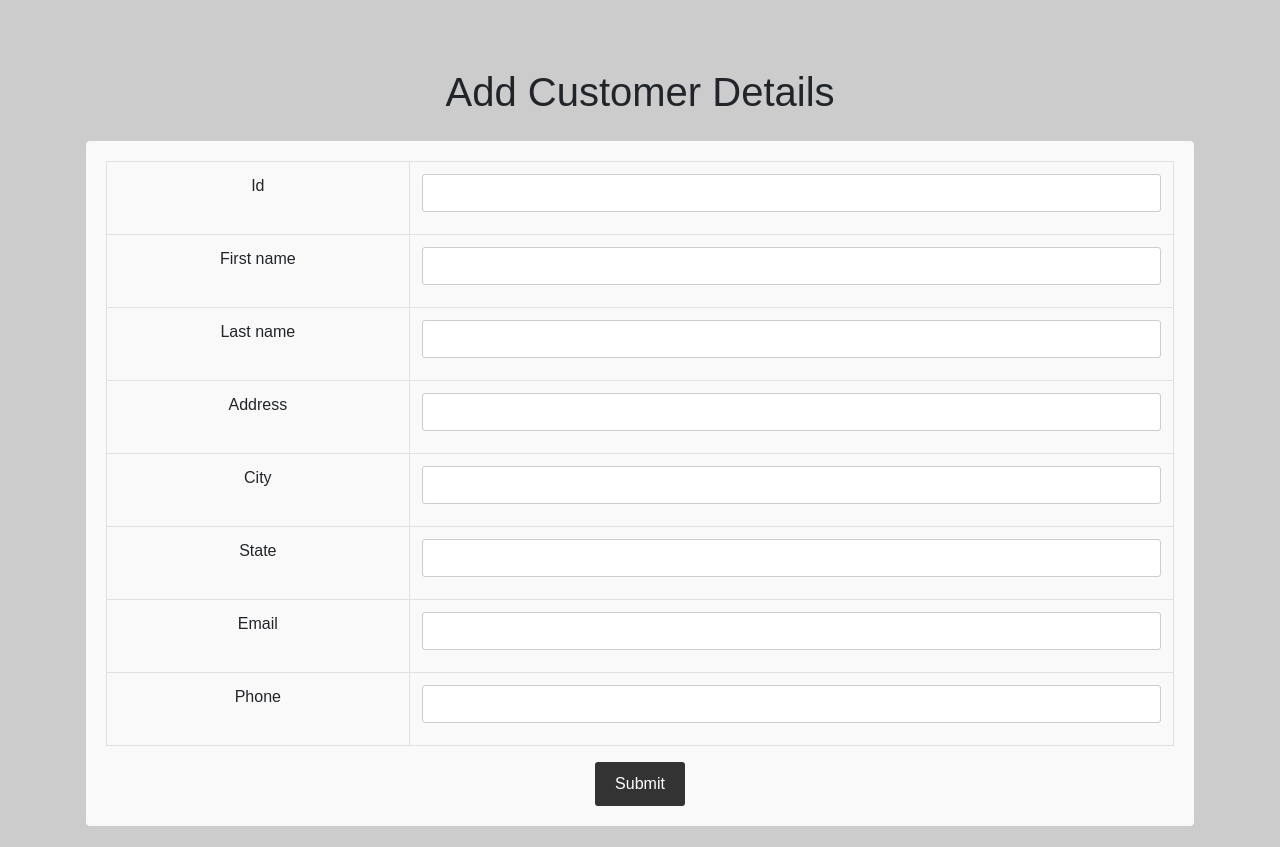
Repository: Shamanth-S/Customer-management
Page: User Management/src/main/webapp/add.html
An editor plug-in stored every save of this project. The page is shown before and after the next save, followed by the edit.
The browser window is 1280 px wide. The pictures show the whole page.

Above is the page before, as saved 2023-09-07 09:29:09.

### User Management/src/main/webapp/add.html
<!DOCTYPE html>
<html>
<head>
<meta charset="UTF-8">
<title>Add Customer</title>
<link rel="stylesheet" href="https://maxcdn.bootstrapcdn.com/bootstrap/4.5.2/css/bootstrap.min.css">
<link rel="stylesheet" type="text/css" href="style.css">
</head>
<body class="color">
    <div class="container mt-5 mx-auto">
        <h1 class="text-center mb-4">Add Customer Details</h1>
        <form method="POST" action="Customer" class="text-center">
            <table class="table table-bordered mx-auto">
                <tr>
                    <td>Id</td>
                    <td><input type="text" class="form-control" name="id" id="id" required></td>
                </tr>

                <tr>
                    <td>First name</td>
                    <td><input type="text" class="form-control" name="firstname" id="firstname" required></td>
                </tr>

                <tr>
                    <td>Last name</td>
                    <td><input type="text" class="form-control" name="lastname" id="lastname" required></td>
                </tr>

                <tr>
                    <td>Address</td>
                    <td><input type="text" class="form-control" name="address" id="address"></td>
                </tr>

                <tr>
                    <td>City</td>
                    <td><input type="text" class="form-control" name="city" id="city"></td>
                </tr>

                <tr>
                    <td>State</td>
                    <td><input type="text" class="form-control" name="state" id="state"></td>
                </tr>

                <tr>
                    <td>Email</td>
                    <td><input type="text" class="form-control" name="email" id="email"></td>
                </tr>

                <tr>
                    <td>Phone</td>
                    <td><input type="text" class="form-control" name="phone" id="phone"></td>
                </tr>
            </table>
            <div class="text-center">
                <input type="submit" class="btn btn-primary" value="Submit">
            </div>
        </form>
    </div>
</body>
</html>

### User Management/src/main/webapp/style.css
@charset "ISO-8859-1";

body {
    font-family: Arial, sans-serif;
    align-items: center;
    margin: 0;
    padding: 20px;
    background-color: #ccc;
}

h2 {
    color: #333;
}

form {
    border: 1px solid #ccc;
    padding: 20px;
    border-radius: 5px;
    background-color: #f9f9f9;
}

input[type="text"],
input[type="password"],
input[type="date"] {
    width: 100%;
    padding: 10px;
    margin-bottom: 10px;
    border: 1px solid #ccc;
    border-radius: 3px;
}

input[type="submit"] {
    background-color: #333;
    color: white;
    padding: 10px 20px;
    border: none;
    border-radius: 3px;
    cursor: pointer;
}

.card-header {
    background-color: #000000;
}

.heading {
    color: white;
}

.color {
	background-color: #ccc;
}

After the next save:
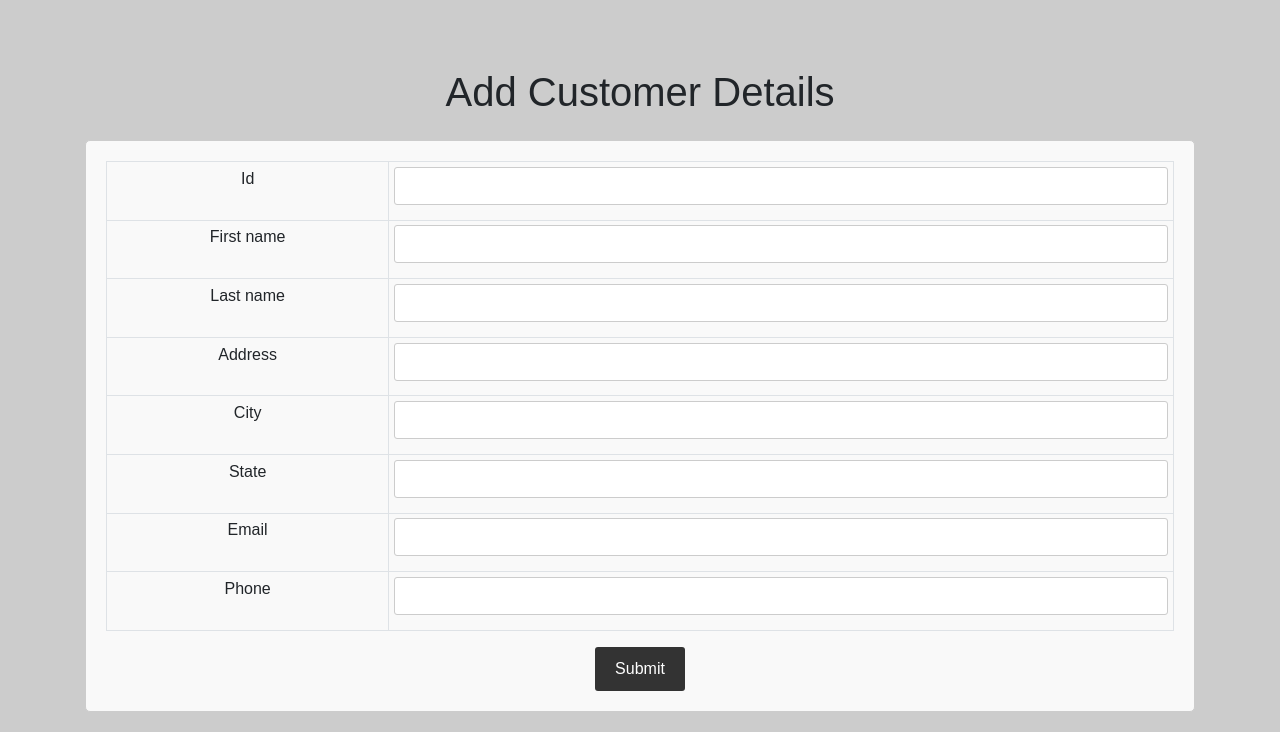
Saved 67 s later.
--- a/User Management/src/main/webapp/add.html
+++ b/User Management/src/main/webapp/add.html
@@ -10,7 +10,7 @@
     <div class="container mt-5 mx-auto">
         <h1 class="text-center mb-4">Add Customer Details</h1>
         <form method="POST" action="Customer" class="text-center">
-            <table class="table table-bordered mx-auto">
+            <table class="table table-bordered table-sm mx-auto">
                 <tr>
                     <td>Id</td>
                     <td><input type="text" class="form-control" name="id" id="id" required></td>
